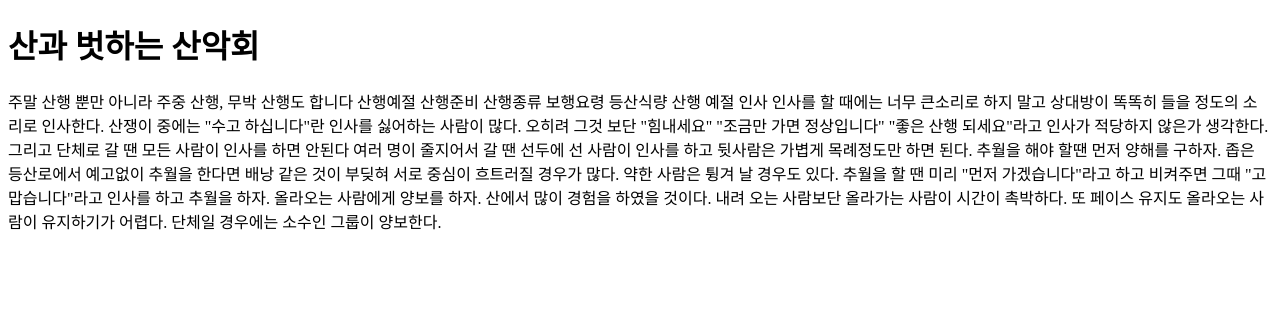
Repository: jinaa11/Kcc_Web
Page: Html/WebContent/sample1.html
These files come from the project's save history. The page is drawn as it stood at one moment and after the next save; the edit follows.
The browser window is 1280 px wide. The pictures show the whole page.

Above is the page before, as saved 2024-07-08 06:46:30.

After the next save:
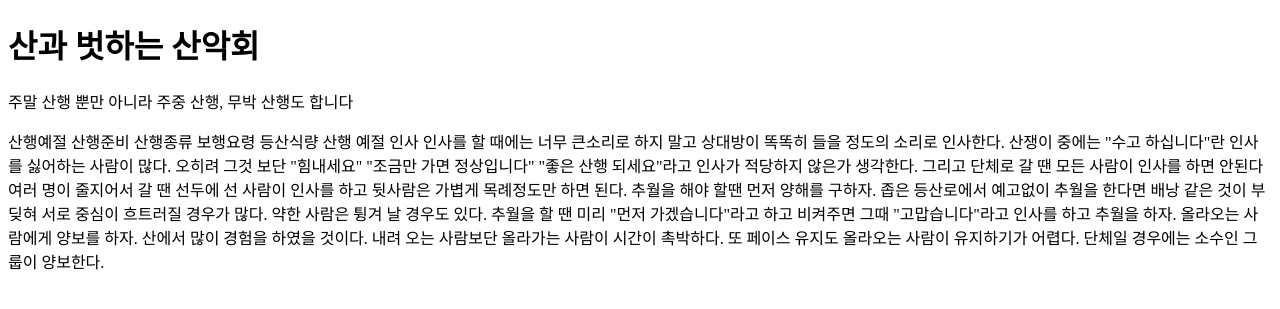
Saved 24 s later.
--- a/Html/WebContent/sample1.html
+++ b/Html/WebContent/sample1.html
@@ -7,10 +7,11 @@
 <body>
 	<header>
 		<h1>산과 벗하는 산악회</h1>
+		<p>주말 산행 뿐만 아니라 주중 산행, 무박 산행도 합니다</p>
 	</header>
 
 
-주말 산행 뿐만 아니라 주중 산행, 무박 산행도 합니다
+
 
 산행예절 산행준비 산행종류 보행요령 등산식량
 
